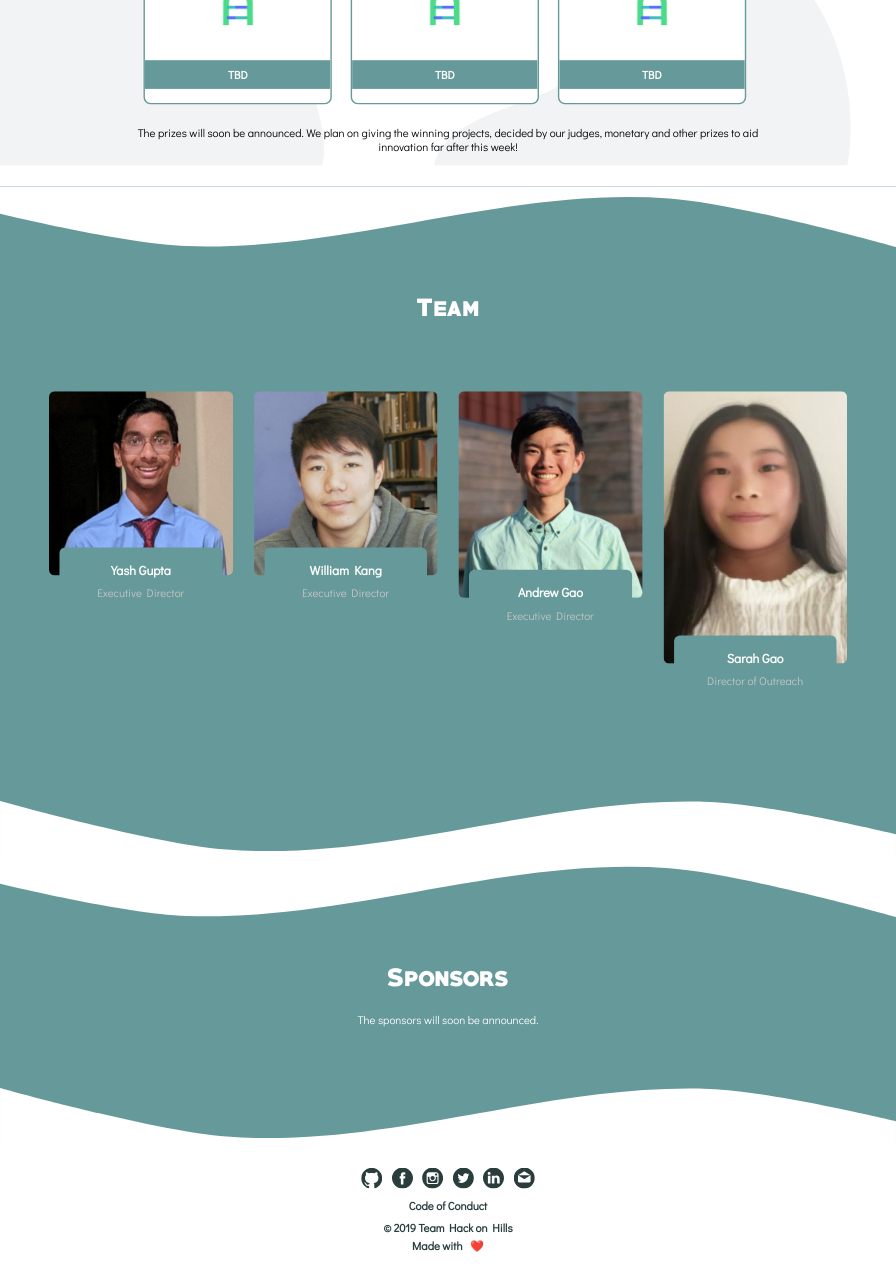
Repository: yashg4509/helyxhacksIII
Page: index.html
The author's editor kept a copy of each file at every save. The page is drawn from the files as they stood at one save, then again after the next save.
The browser window is 1280 px wide. The pictures show the part of the page from y = 4580 to 6500 px (the page is 6400 px tall before and 6577 px after), at 70% of full size.

Above is the page before, as saved 2021-02-18 00:14:03.

After the next save:
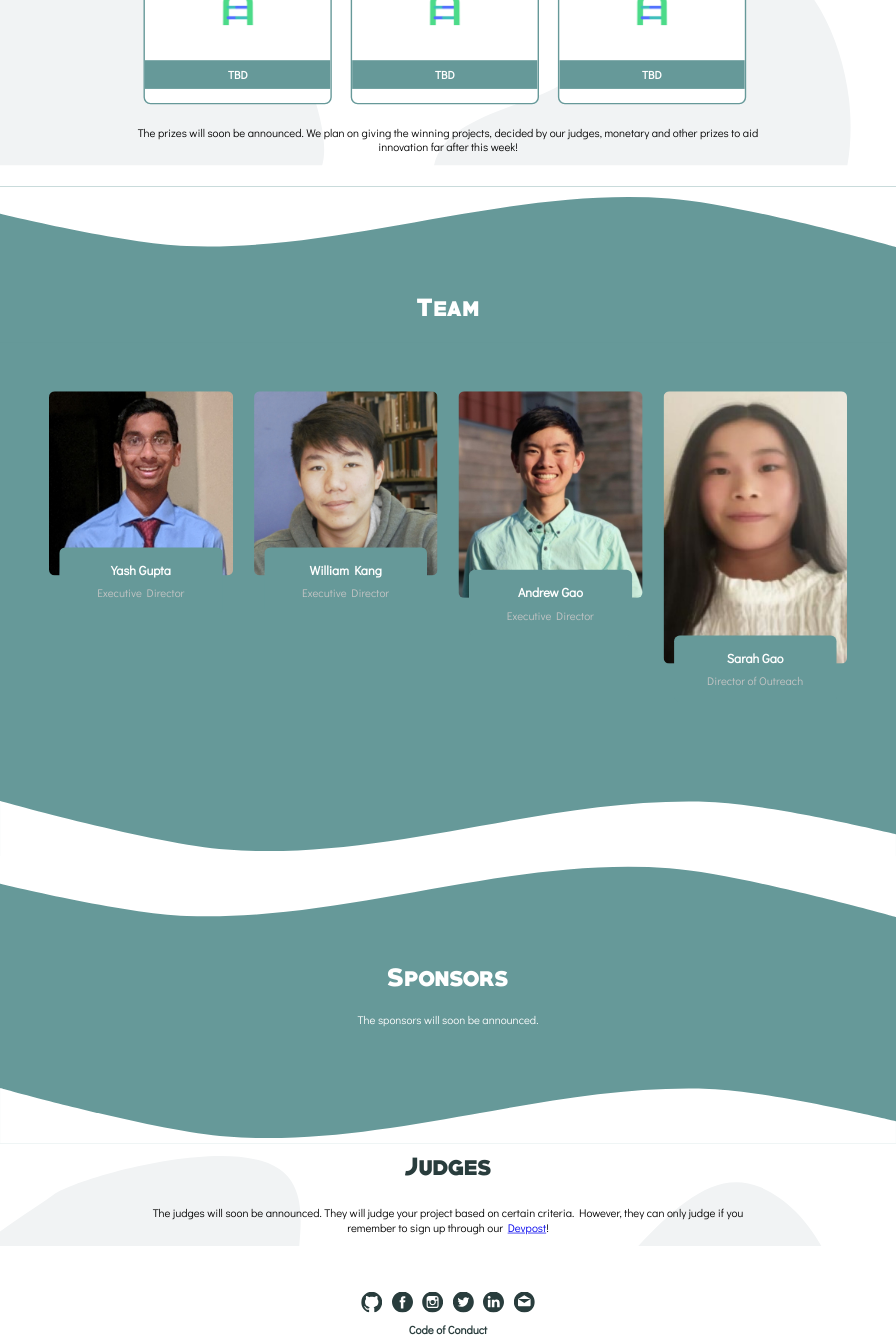
Saved 2 min 15 s later.
--- a/index.html
+++ b/index.html
@@ -752,6 +752,17 @@
 			</div>
 		</div>
 
+		<div class="frame frame6">
+			<img src="./images/back-6.svg" class="img-back-left">
+			<img src="./images/back-7.svg" class="img-back-right">
+			<div class="name"> Judges </div>
+			<div class="prizes">
+				<div class="content">
+					<p style="font-family: Didact Gothic;"> The judges will soon be announced. They will judge your project based on certain criteria. However, they can only judge if you remember to sign up through our <a href="https://helyx-hacks.devpost.com/">Devpost</a>!</p>
+				</div>
+			</div>
+		</div>
+
 		<div class="frame frame8">
 			<div class="footer-icons">
 				<a href="https://github.com/appteam-nith/HackOnHills" target="__blank"><img
